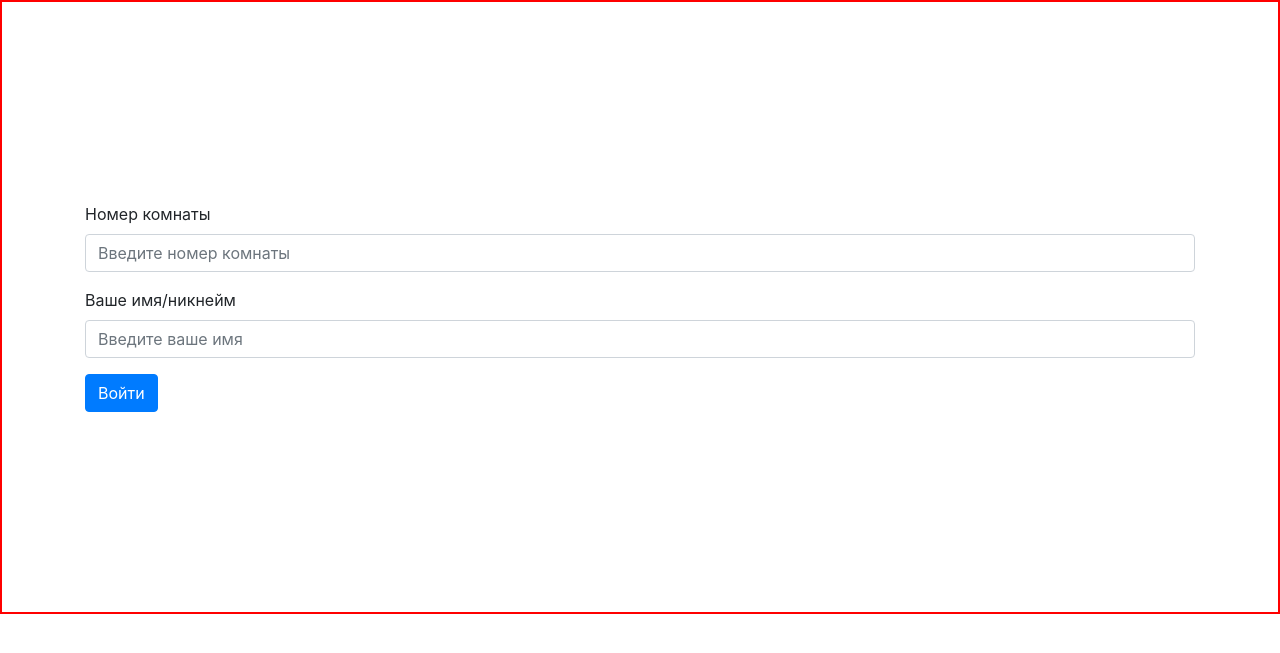
Repository: Hansol46/react-chat
Page: /
These files come from the project's save history. The page is drawn as it stood at one moment and after the next save; the edit follows.
The browser window is 1280 px wide. The pictures show the whole page.
The page's requests for data from a server got no answer. The project was rebuilt for these pictures with package versions that can differ from the ones it lists, and the page was loaded fresh each time. No one was signed in, and anything a server would have sent is missing.

Above is the page before, as saved 2020-09-06 22:22:52.

### public/index.html
<!DOCTYPE html>
<html lang="en">
  <head>
    <meta charset="utf-8" />
    <link rel="icon" href="%PUBLIC_URL%/favicon.ico" />
    <meta name="viewport" content="width=device-width, initial-scale=1" />
    <meta name="theme-color" content="#000000" />
    <meta
      name="description"
      content="Web site created using create-react-app"
    />
    <link rel="apple-touch-icon" href="%PUBLIC_URL%/logo192.png" />
    <!--
      manifest.json provides metadata used when your web app is installed on a
      user's mobile device or desktop. See https://developers.google.com/web/fundamentals/web-app-manifest/
    -->
    <link rel="manifest" href="%PUBLIC_URL%/manifest.json" />
    <link rel="stylesheet"
    href="https://stackpath.bootstrapcdn.com/bootstrap/4.5.0/css/bootstrap.min.css"
    integrity="sha384-9aIt2nRpC12Uk9gS9baDl411NQApFmC26EwAOH8WgZl5MYYxFfc+NcPb1dKGj7Sk"
    crossorigin="anonymous">
    <!--
      Notice the use of %PUBLIC_URL% in the tags above.
      It will be replaced with the URL of the `public` folder during the build.
      Only files inside the `public` folder can be referenced from the HTML.

      Unlike "/favicon.ico" or "favicon.ico", "%PUBLIC_URL%/favicon.ico" will
      work correctly both with client-side routing and a non-root public URL.
      Learn how to configure a non-root public URL by running `npm run build`.
    -->
    <title>React App</title>
  </head>
  <body>
    <noscript>You need to enable JavaScript to run this app.</noscript>
    <div id="root"></div>
    <!--
      This HTML file is a template.
      If you open it directly in the browser, you will see an empty page.

      You can add webfonts, meta tags, or analytics to this file.
      The build step will place the bundled scripts into the <body> tag.

      To begin the development, run `npm start` or `yarn start`.
      To create a production bundle, use `npm run build` or `yarn build`.
    -->
  </body>
</html>

### src/App.js
import React from "react";
import "./App.css";
import LogBlock from "./Components/LogBlock";
import socket from './socket'

function App() {
  // const connectSocket = () => {
  //   io("http://localhost:9999");
  // };
  return (
    <div className="App">

      <LogBlock />

    </div>
  );
}

export default App;

### src/App.css
.App {
  border: 2px solid red;
  padding-top: 200px;
  padding-bottom: 200px;
}

### src/Components/LogBlock.jsx
import React from "react";
import socket from '.././socket'


function LogBlock() {
  return (
    <>
      <div className="container">
        <form>
          <div className="form-group">
            <label for="exampleInputEmail1"> Номер комнаты</label>
            <input
              type="text"
              className="form-control"
              id="exampleInputEmail1"
              aria-describedby="emailHelp"
              placeholder="Введите номер комнаты"
              required
            />
          </div>
          <div className="form-group">
            <label for="exampleInputPassword1">Ваше имя/никнейм</label>
            <input
              type="password"
              className="form-control"
              id="exampleInputPassword1"
              placeholder="Введите ваше имя"
              required
            />
          </div>
          <button type="submit" className="btn btn-primary">
            Войти
          </button>
        </form>
      </div>
    </>
  );
}

export default LogBlock

### src/socket.js
import io from "socket.io-client";

const socket = io()

export default socket

Loaded but not shown: src/index.js (common file); src/index.css (common file)

After the next save:
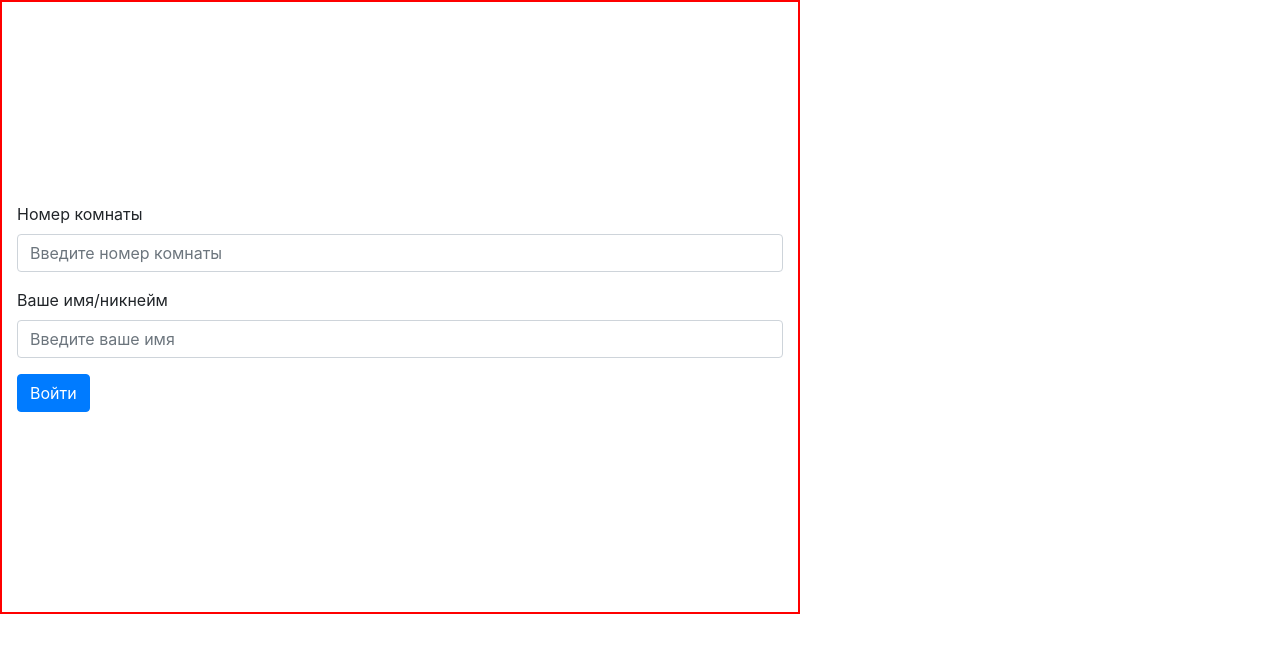
Saved 5 min 23 s later.
--- a/src/App.css
+++ b/src/App.css
@@ -1,5 +1,6 @@
 .App {
   border: 2px solid red;
+  width: 800px;
   padding-top: 200px;
   padding-bottom: 200px;
 }
